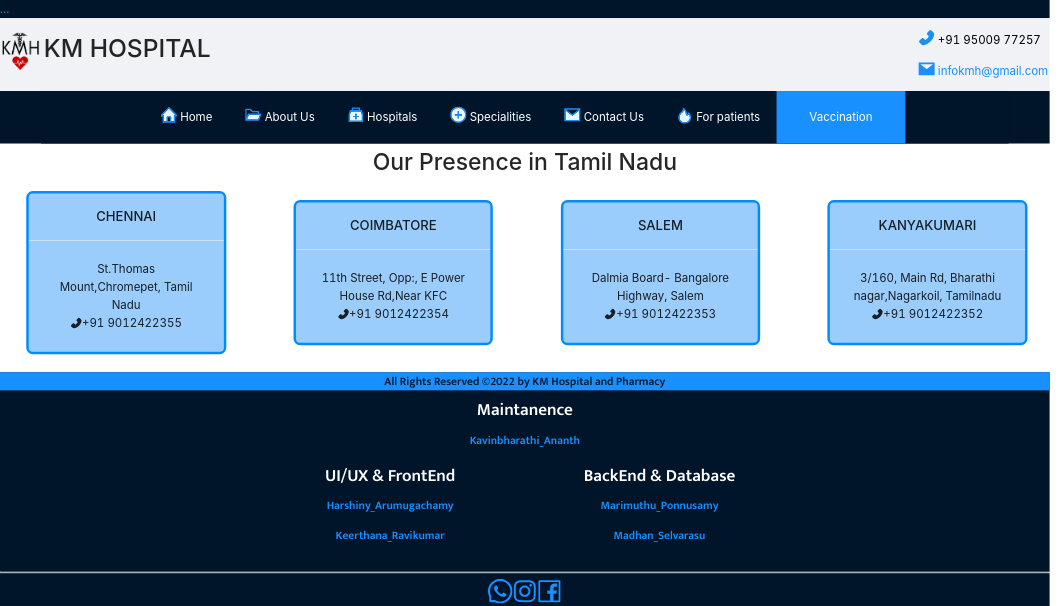
Repository: marimuthu1001/KHM-hospital
Page: /hospitals (app in km-hospital/)
The author's editor kept a copy of each file at every save. The page is drawn from the files as they stood at one save, then again after the next save.
The browser window is 1280 px wide. The page is 1297 px wide, so the pictures cover 1297 px, including what lies to the right of the window. The pictures show the whole page, at 82% of full size.
The project was rebuilt for these pictures with package versions that can differ from the ones it lists, and the page was loaded fresh each time. Also part of the build but not shown: km-hospital/src/firebase.js, km-hospital/src/Pages/Home.jsx, km-hospital/src/Pages/ContactUs.jsx, km-hospital/src/Pages/AboutUS.jsx, km-hospital/src/Styles/Specialities.module.css, km-hospital/src/Pages/Specialities.jsx, km-hospital/src/Pages/For Patients/Bmi_Calculator.jsx, km-hospital/src/Styles/Appointment.module.css and 3 more.

Above is the page before, as saved 2022-01-27 15:15:07.

After the next save:
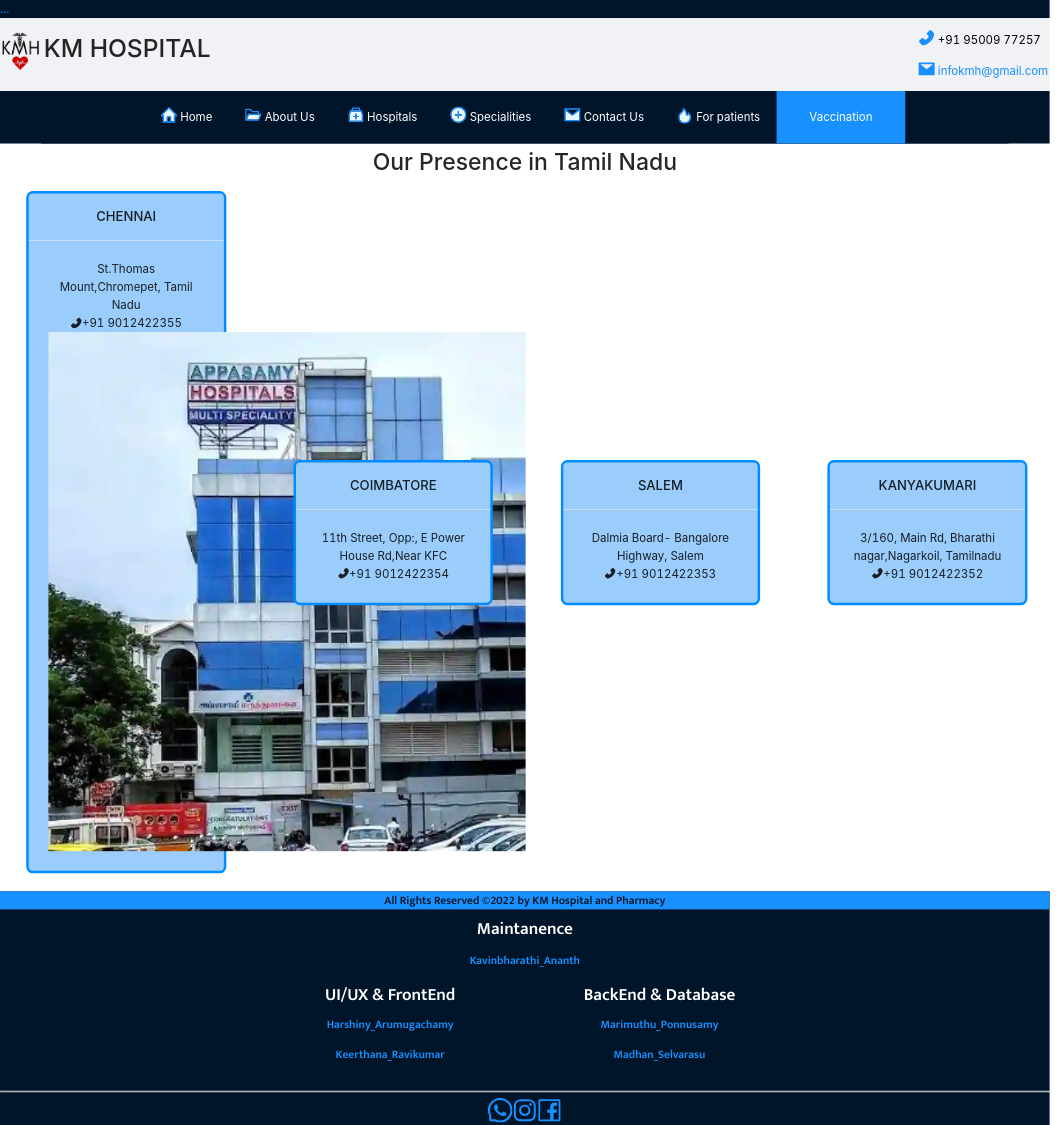
Saved 91 s later.
--- a/km-hospital/src/Pages/Hospitals.jsx
+++ b/km-hospital/src/Pages/Hospitals.jsx
@@ -2,7 +2,7 @@ import React from 'react';
 import { Card, Col, Row  } from 'antd';
 import Styles from '../Styles/ContactUs.module.css'
 import {PhoneFilled} from '@ant-design/icons'
-
+import Img1 from '../Images/Hospitals/hsptl (16).jpeg'
 function Hospitals() {
   return (<div>
       <h1 style={{textAlign:"Center"}}>Our Presence in Tamil Nadu</h1>
@@ -12,6 +12,7 @@ function Hospitals() {
                         <Col  sm={{span:1}} md={{span:5}}  lg={{span:5}} >
                             <Card className={Styles.card} title="CHENNAI" bordered={true} hoverable={true}>
                             St.Thomas Mount,Chromepet, Tamil Nadu <br/> <PhoneFilled />+91 9012422355
+                            <img src={Img1} alt="Hospital" />
                             </Card>
                         </Col>
                         <Col sm={{span:1}} md={{span:5}} lg={{span:5}} >
